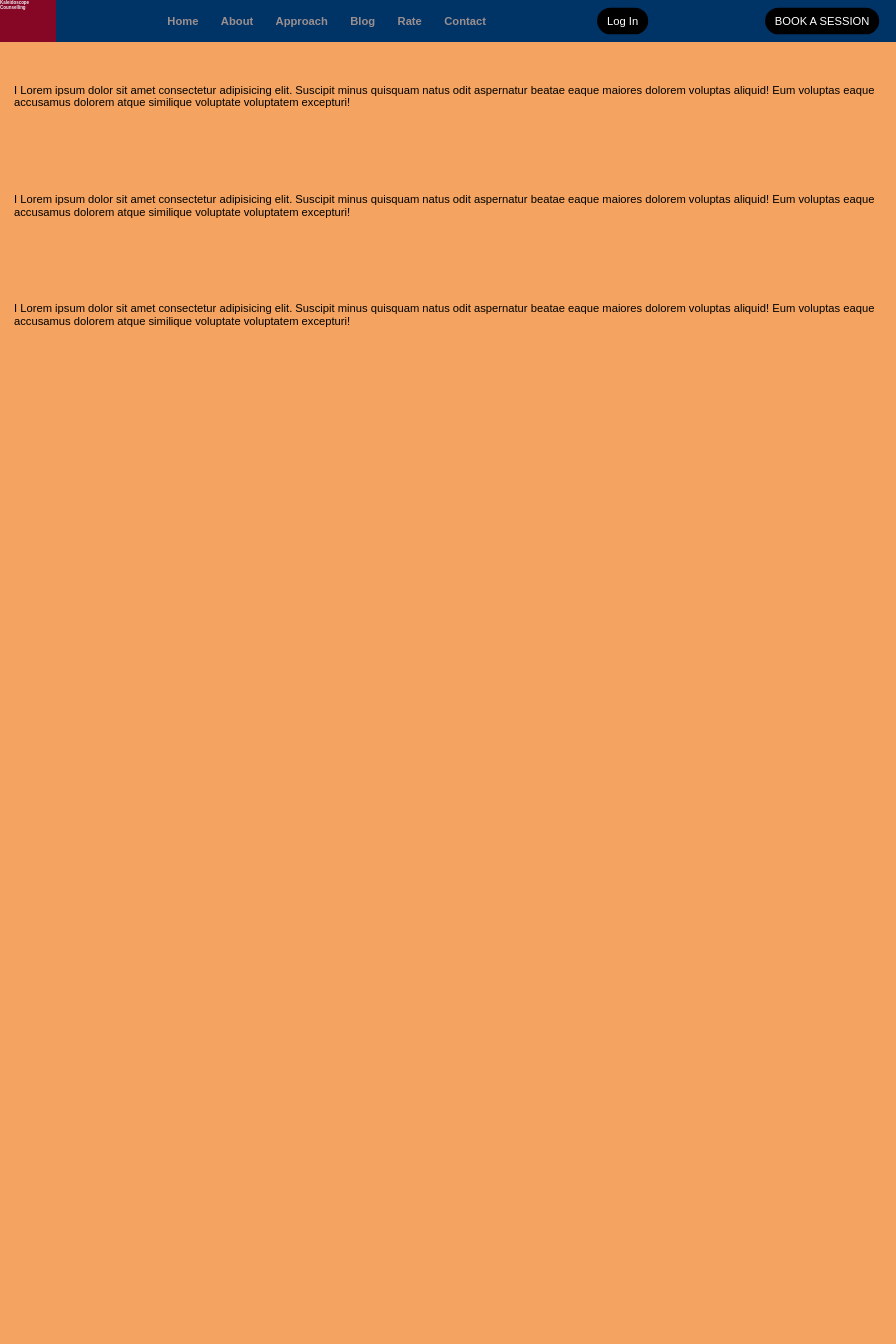
Repository: voutadi/Project1
Page: index.html
These files come from the project's save history. The page is drawn as it stood at one moment and after the next save; the edit follows.
The browser window is 1280 px wide. The pictures show the part of the page from y = 0 to 1920 px (the page is 3120 px tall), at 70% of full size.

Above is the page before, as saved 2024-11-24 21:18:36.

After the next save:
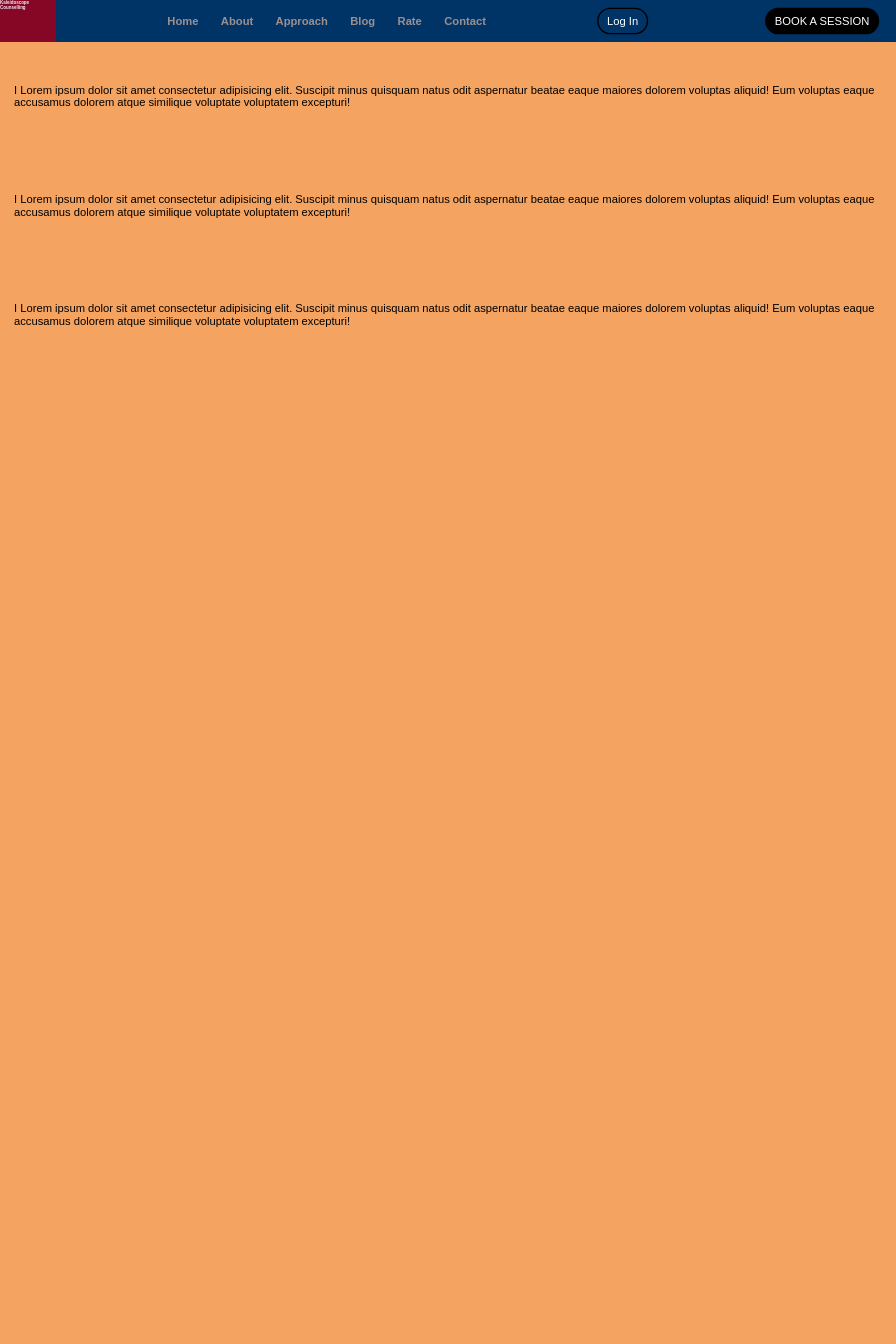
Saved 4 s later.
--- a/styles/style.css
+++ b/styles/style.css
@@ -68,7 +68,7 @@ header {
 }
 
 .login{
-  background-color: ;
+  background-color: #003366;
 
 }
 button {
